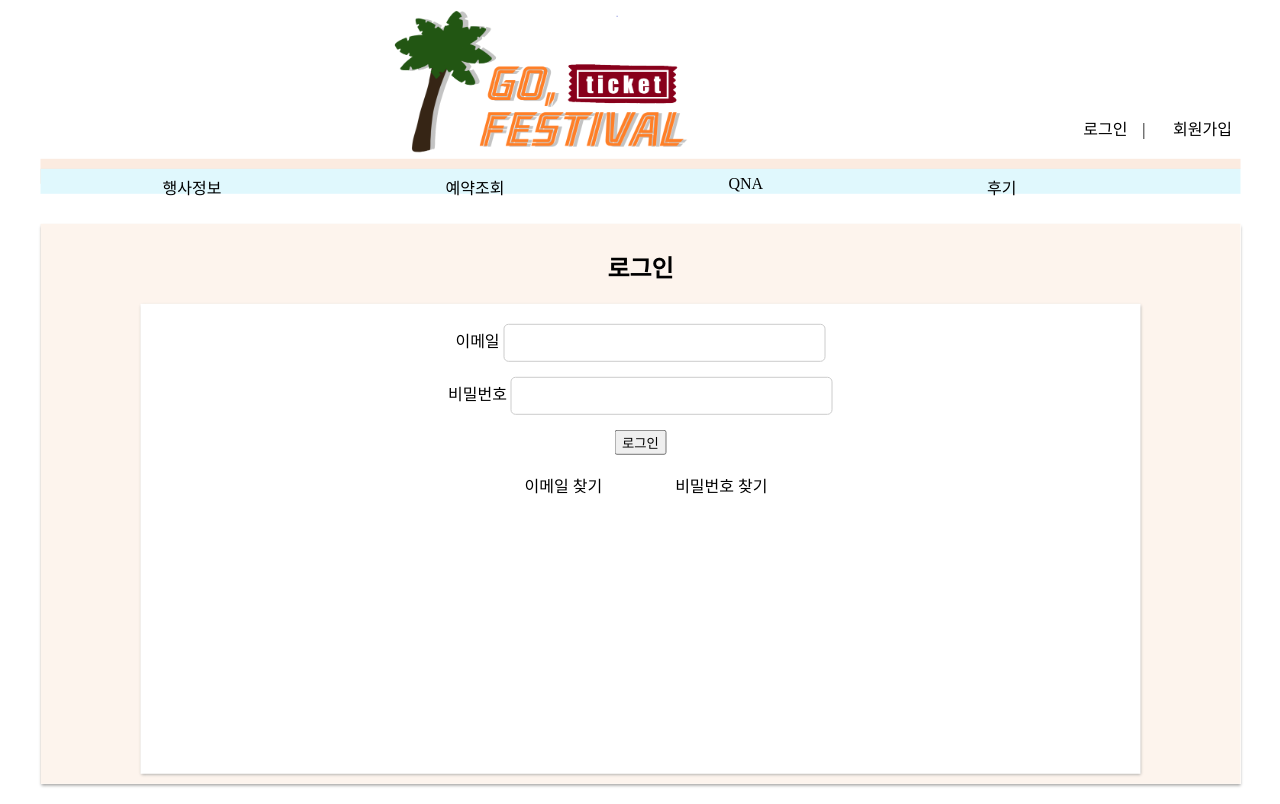
Repository: Changgyu1/Chang_Gu
Page: http://localhost/Project/login.jsp
These files come from the project's save history. The page is drawn as it stood at one moment and after the next save; the edit follows.
The browser window is 1280 px wide. The pictures show the whole page.
Some web fonts or font styles are not loaded; a fallback is used. The page is served by Tomcat 9. Other server files are loaded and not shown.

Above is the page before, as saved 2023-11-16 08:04:57.

### Project/src/main/webapp/login.jsp
<%@ page language="java" contentType="text/html; charset=UTF-8"
    pageEncoding="UTF-8"%>
<!DOCTYPE html>
<html lang="UTF-8">
<head>
    <meta charset="UTF-8">
    <meta name="viewport" content="width=device-width, initial-scale=1.0">
    <title>로그인</title>
    <link rel="stylesheet" href="./hjCss/main.css">
	<link rel="stylesheet" href="./hjCss/reservationCss.css">
	<style>
	.alink{
	text-align: center;  text-decoration: none;
	  color: inherit;
	      margin: 0px 29px 0px 40px;
	  }

	</style>
</head>
<body>
<div id="wrapper">
    <!--로고이미지-->
    <img src="./image/로고1.png" id="logo">

    <!--로그인 버튼-->
    <div style="text-align: right; width: 1215px;">
    <%
    	if(session.getAttribute("email")!=null){
    %>
	 	<button type="button" onclick="location.href='logout.jsp'" style="width:75px;">로그아웃</button>
	 	 <h>|</h>
	    <button type="button" onclick="location.href='mypageServlet?email=<%=session.getAttribute("email")%>" style="width:100px;">마이페이지</button>
	 <%
    	}else{
	 %>
		 <button type="button" onclick="location.href='login.jsp'" style="width:60px;">로그인</button>
		 <h>|</h>
	    <button type="button" onclick="location.href='register.jsp'" style="width:100px;">회원가입</button>
	  <%
    	}
	  %>

<!-- 메뉴바 -->
  <div id="buttons">
		<ul>
			<li onclick="location.href='review_list.jsp'">후기</li>
			<li onclick="location.href='Qna_List.jsp'">QNA</li>
			<li onclick="location.href='reservation_search.jsp'">예약조회</li>
			<li onclick="location.href='Event_List.jsp'">행사정보</li>
		</ul>
	</div>
	<!-- 가운데 가장 큰 박스 -->
	<div id="background">

		<h2 style="padding-top:15px">로그인</h2>
		<!-- 안에 글넣는 하얀 박스-->
		<div id="reviewbox">
		<div class="centerReg">
            <form action="loginServlet" method="post">
				<label for="email">이메일</label>
				<input type="email" id="email" name="email" class="size" required><br>
				<label for="password">비밀번호</label>
				<input type="password" id="password" name="password" class="size" required><br>
				<input type="submit" value="로그인"><br>
			</form>
				<br><a href="findEmail.jsp" class="alink">이메일 찾기</a>
				<a href="findPassword.jsp" class="alink">비밀번호 찾기</a>
				</div>
        </div>

	 </div>

</div>
</body>
</html>

### Project/src/main/webapp/hjCss/main.css
@font-face {
    font-family: 'NanumSquareNeo-Variable';
    src: url('https://cdn.jsdelivr.net/gh/projectnoonnu/noonfonts_11-01@1.0/NanumSquareNeo-Variable.woff2') format('woff2');
    font-weight: normal;
    font-style: normal;
}

    *{
    font-family: 'NanumSquareNeo-Variable';
    }

     body{
 	   	 position: absolute;
            padding: 20px;
            top: 50%;
            left: 50%;
            transform: translate(-50%, -50%);
    }



    #logo{
        width:300px;
        margin-left:350px;
        margin-bottom:-56px;
        margin-top:50px;
    }


       #searchbox{
     margin-right:100px;
        }


    #buttons{
        background:rgba(150, 230, 248, 0.295);
        height: 25px;
        width: 1200px;
        box-shadow: 0px -10px 0px rgba(249, 220, 201, 0.575);
        margin-top: 25px;

    }

    button{
        border:none;
        background:none;
        margin: 3px;
        font-size: 16px;
        width: 250px;

    }

    #background{
        background-color:rgba(249, 220, 201, 0.326);
        width: 1200px;
        height: 550px;
        margin-top: 30px;

        box-shadow: 0px 2px 3px rgb(161, 160, 159);
        padding-top:10px;

    }



    #reviewbox{

    	padding-top:20px;
    	max-width: 1000px;
        height: 450px;
        margin-left:auto;
        margin-right:auto;
        background-color: #ffffff;
        text-align:center;
        box-shadow: 0px 1px 3px rgb(161, 160, 159);
        margin-top : 20px;


    }


    #review{
    margin:10px;
    width:700px;
    height:250px;

    }

    #review_title{
    margin:10px;
     width:700px;
    height:30px;

    }



    h2{
    font-family: 'NanumSquareNeo-Variable';
 	margin-top:0px;
    text-align: center;
    }


    #list{

            background-color: rgba(149, 150, 149, 0.055);
            border: 1px solid gray;
            border-collapse: collapse;
            padding: 10px;
            width:900px;
            text-align: center;
            margin-left:auto;
   			margin-right:auto;

        }


        th{

            background-color: rgba(161, 161, 161, 0.377);

        }

        th,td{

            border: 1px solid gray;
            padding: 10px;
        }

        #textbox{
        margin-right:100px;
        }

ul{
	list-style:none;
}

### Project/src/main/webapp/hjCss/reservationCss.css


/* 입력 필드 스타일 */
input[type="text"],
input[type="email"],
 input[type="password"]{
    width: 30%;
    padding: 10px;
    margin-bottom: 15px;
    border: 1px solid #ccc;
    border-radius: 5px;
}

ul{
		list-style:none;
	}
	li{
		float:right;
		margin: 6px 224px 0px 0;
	}

### Project/src/main/webapp/hjCss/reservationSearchInfo.css
@font-face {
    font-family: 'NanumSquareNeo-Variable';
    src: url('https://cdn.jsdelivr.net/gh/projectnoonnu/noonfonts_11-01@1.0/NanumSquareNeo-Variable.woff2') format('woff2');
    font-weight: normal;
    font-style: normal;
}

    *{
    font-family: 'NanumSquareNeo-Variable';
    }

     body{
 	   	 position: absolute;
            padding: 20px;
            top: 50%;
            left: 50%;
            transform: translate(-50%, -50%);
    }



    #logo{
        width:300px;
        margin-left:350px;
        margin-bottom:-56px;
        margin-top:50px;
    }


       #searchbox{
     margin-right:100px;
        }


    #buttons{
        background:rgba(150, 230, 248, 0.295);
        height: 25px;
        width: 1200px;
        box-shadow: 0px -10px 0px rgba(249, 220, 201, 0.575);
        margin-top: 25px;

    }

    button{
        border:none;
        background:none;
        margin: 3px;
        font-size: 16px;
        width: 250px;

    }

    #background{
        background-color:rgba(249, 220, 201, 0.326);
        width: 1200px;
        height: 550px;
        margin-top: 30px;

        box-shadow: 0px 2px 3px rgb(161, 160, 159);
        padding-top:10px;

    }



    #reviewbox{

    	padding-top:20px;
    	max-width: 1000px;
        height: 423px;
        margin-left:auto;
        margin-right:auto;
        background-color: #ffffff;
        text-align:center;
        box-shadow: 0px 1px 3px rgb(161, 160, 159);
        margin-top : 20px;


    }


    #review{
    margin:10px;
    width:700px;
    height:250px;

    }

    #review_title{
    margin:10px;
     width:700px;
    height:30px;

    }



    h2{
    font-family: 'NanumSquareNeo-Variable';
 	margin-top:0px;
    text-align: center;
    }


    #list{

            background-color: rgba(149, 150, 149, 0.055);
            border: 1px solid gray;
            border-collapse: collapse;
            padding: 10px;
            width:900px;
            text-align: center;
            margin-left:auto;
   			margin-right:auto;

        }


        th{

            background-color: rgba(161, 161, 161, 0.377);

        }

        th,td{

            border: 1px solid gray;
            padding: 10px;
        }

        #textbox{
        margin-right:100px;
        }


/* 입력 필드 스타일 */
input[type="text"],
input[type="email"],
 input[type="password"]{
    width: 30%;
    padding: 10px;
    margin-bottom: 15px;
    border: 1px solid #ccc;
    border-radius: 5px;
}

ul{
		list-style:none;
	}
li{
		float:right;
		margin: 6px 224px 0px 0;
}


div#r_search {
    margin-top: 123px;
}

li#info{
	list-style:none;
	margin: 0  47px 36px 0;

}

After the next save:
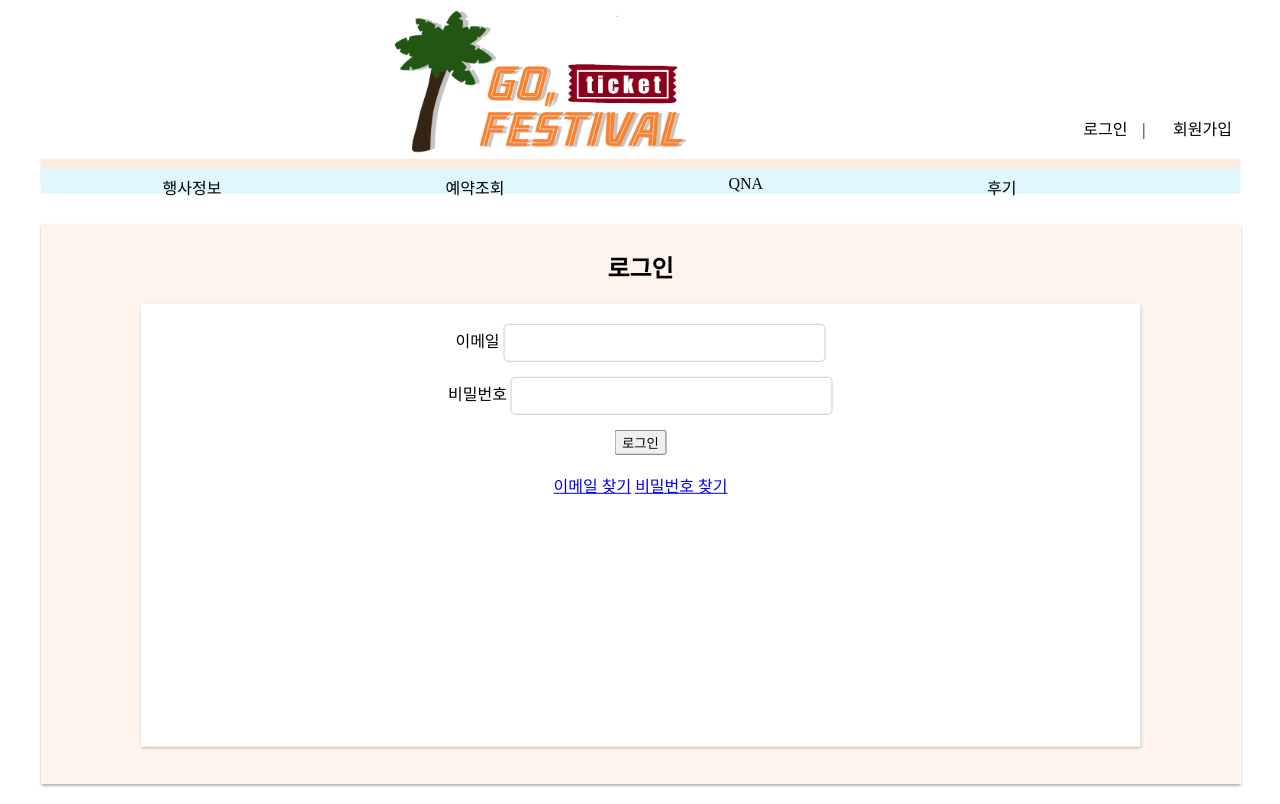
Saved 102 s later.
--- a/Project/src/main/webapp/login.jsp
+++ b/Project/src/main/webapp/login.jsp
@@ -1,61 +1,54 @@
 <%@ page language="java" contentType="text/html; charset=UTF-8"
-    pageEncoding="UTF-8"%>
+	pageEncoding="UTF-8"%>
 <!DOCTYPE html>
-<html lang="UTF-8">
+<html>
+
 <head>
-    <meta charset="UTF-8">
-    <meta name="viewport" content="width=device-width, initial-scale=1.0">
-    <title>로그인</title>
-    <link rel="stylesheet" href="./hjCss/main.css">
-	<link rel="stylesheet" href="./hjCss/reservationCss.css">
-	<style>
-	.alink{
-	text-align: center;  text-decoration: none;
-	  color: inherit;
-	      margin: 0px 29px 0px 40px;
-	  }
+<title>GO, FESTIVAL 예약조회</title>
+<link rel="stylesheet" href="./hjCss/main.css">
+<link rel="stylesheet" href="./hjCss/reservationSearchInfo.css">
+</head>
 
-	</style>
-</head>
 <body>
-<div id="wrapper">
-    <!--로고이미지-->
-    <img src="./image/로고1.png" id="logo">
+	<!-- 이미지 로고 -->
+	<img src="./image/로고1.png" id="logo">
 
-    <!--로그인 버튼-->
-    <div style="text-align: right; width: 1215px;">
-    <%
-    	if(session.getAttribute("email")!=null){
-    %>
-	 	<button type="button" onclick="location.href='logout.jsp'" style="width:75px;">로그아웃</button>
-	 	 <h>|</h>
-	    <button type="button" onclick="location.href='mypageServlet?email=<%=session.getAttribute("email")%>" style="width:100px;">마이페이지</button>
-	 <%
-    	}else{
-	 %>
-		 <button type="button" onclick="location.href='login.jsp'" style="width:60px;">로그인</button>
-		 <h>|</h>
-	    <button type="button" onclick="location.href='register.jsp'" style="width:100px;">회원가입</button>
-	  <%
-    	}
-	  %>
+	<!--로그인 버튼-->
+	<div style="text-align: right; width: 1215px;">
+		<%
+		if (session.getAttribute("email") != null) {
+		%>
+		<button type="button" onclick="location.href='logout.jsp'"
+			style="width: 75px;">로그아웃</button>
+		<h>|</h>
+		<button type="button" onclick="location.href='mypage.jsp'"
+			style="width: 100px;">마이페이지</button>
+		<%
+		} else {
+		%>
+		<button type="button" onclick="location.href='login.jsp'"
+			style="width: 60px;">로그인</button>
+		<h>|</h>
+		<button type="button" onclick="location.href='register.jsp'"
+			style="width: 100px;">회원가입</button>
+		<%
+		}
+		%>
 
-<!-- 메뉴바 -->
-  <div id="buttons">
-		<ul>
-			<li onclick="location.href='review_list.jsp'">후기</li>
-			<li onclick="location.href='Qna_List.jsp'">QNA</li>
-			<li onclick="location.href='reservation_search.jsp'">예약조회</li>
-			<li onclick="location.href='Event_List.jsp'">행사정보</li>
-		</ul>
-	</div>
-	<!-- 가운데 가장 큰 박스 -->
-	<div id="background">
+		<!-- 메뉴바 -->
+		<div id="buttons">
+			<ul>
+				<li onclick="location.href='review_list.jsp'">후기</li>
+				<li onclick="location.href='Qna_List.jsp'">QNA</li>
+				<li onclick="location.href='reservation_search.jsp'">예약조회</li>
+				<li onclick="location.href='Event_List.jsp'">행사정보</li>
+			</ul>
+		</div>
 
-		<h2 style="padding-top:15px">로그인</h2>
-		<!-- 안에 글넣는 하얀 박스-->
-		<div id="reviewbox">
-		<div class="centerReg">
+
+		<div id="background">
+			<h2 style="padding-top:15px">로그인</h2>
+<div id="reviewbox">
             <form action="loginServlet" method="post">
 				<label for="email">이메일</label>
 				<input type="email" id="email" name="email" class="size" required><br>
@@ -65,11 +58,9 @@
 			</form>
 				<br><a href="findEmail.jsp" class="alink">이메일 찾기</a>
 				<a href="findPassword.jsp" class="alink">비밀번호 찾기</a>
-				</div>
+
         </div>
-
-	 </div>
-
-</div>
+			</div>
+		</div>
 </body>
 </html>
